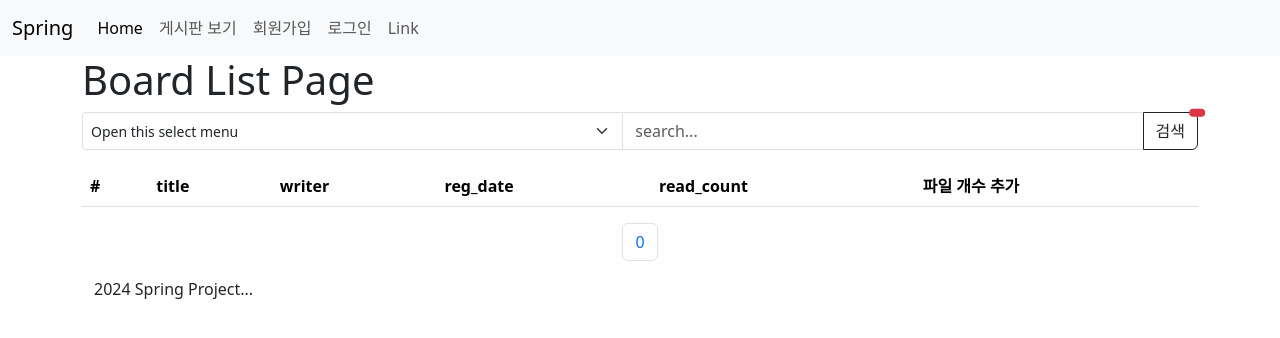
Repository: oco0217/springTest240430
Page: http://localhost/spring_study/WEB-INF/views/board/list.jsp
An editor plug-in stored every save of this project. The page is shown before and after the next save, followed by the edit.
The browser window is 1280 px wide. The pictures show the whole page.
The page is served by Tomcat 9. Nobody is signed in. The template is opened directly, without the code that normally fills it, so the values that code supplies are empty.

Above is the page before, as saved 2024-04-30 06:01:43.

### spring_study/src/main/webapp/WEB-INF/views/board/list.jsp
<%@ page language="java" contentType="text/html; charset=UTF-8"
	pageEncoding="UTF-8"%>
<%@ taglib uri="http://java.sun.com/jsp/jstl/core" prefix="c"%>

<jsp:include page="../layout/header.jsp" />

<div class="container-md">

	<h1>Board List Page</h1>

	<!-- 검색라인 -->
	<form class="d-flex" action="/board/list" method="get">
		<div class="input-group mb-3">
			<select name="type" class="form-select form-select-sm"
				aria-label="Small select example">
				<option ${ph.pgvo.type == null ? 'selected' : '' } selected >Open this select menu</option>
				<option ${ph.pgvo.type eq 't' ? 'selected' : '' } value="t">게시글</option>
				<option ${ph.pgvo.type eq 'w' ? 'selected' : '' } value="w">작성자</option>
				<option ${ph.pgvo.type eq 'c' ? 'selected' : '' } value="c">내용</option>
				<option ${ph.pgvo.type eq 'tc' ? 'selected' : '' } value="tc">제목+내용</option>
				<option ${ph.pgvo.type eq 'wc' ? 'selected' : '' } value="wc">작성자+내용</option>
				<option ${ph.pgvo.type eq 'tw' ? 'selected' : '' } value="tw">제목+작성자</option>
				<option ${ph.pgvo.type eq 'twc' ? 'selected' : '' } value="twc">전체</option>
			</select>
			<input name="keyword" type="text" class="form-control"aria-label="Text input with dropdown button" placeholder="search..." value="${ph.pgvo.keyword}">
				<input type="hidden" name="pageNo" value="1" >
				<input type="hidden" name="qty" value="10">
			<button type="submit" class="btn btn-outline-dark position-relative">
				검색 <span
					class="position-absolute top-0 start-100 translate-middle badge rounded-pill bg-danger">
					${ph.totalCount } <span class="visually-hidden">unread messages</span>
				</span>
			</button>
		</div>
	</form>


	<table class="table table-hover">
		<thead>
			<tr>
				<th>#</th>
				<th>title</th>
				<th>writer</th>
				<th>reg_date</th>
				<th>read_count</th>
				<th>파일 개수 추가</th>
			</tr>
		</thead>

		<tbody>
			<c:forEach items="${list }" var="li">
				<tr>
					<td>${li.bno }</td>
					<td>
					<a href="/board/detail?bno=${li.bno }">${li.title }
					<c:if test="${li. cmt_qty ne 0}">
					<strong style="color: red;">[${li.cmt_qty }]</strong>
					</c:if>
					</a></td>
					<td>${li.writer }</td>
					<td>${li.reg_date }</td>
					<td>${li.read_count }</td>
					<td>
					<span class="badge text-bg-info">${li.has_file } Image Upload</span>
					</td>
				</tr>
			</c:forEach>
		</tbody>
	</table>


	<!-- 페이지네이션 -->

	<nav aria-label="Page navigation example">
		<ul class="pagination justify-content-center">

		<c:if test="${ph.prev }">
			<li class="page-item"><a class="page-link" href="/board/list?pageNo=${ph.startPage-1 }&qty=${ph.pgvo.qty}&type=${ph.pgvo.type}&keyword=${ph.pgvo.keyword}"
				aria-label="Previous"> <span aria-hidden="true">&laquo;</span></a></li>
		</c:if>


				<c:forEach begin="${ph.startPage }" end="${ph.endPage }" var="i">
			<li class="page-item"><a class="page-link" href="/board/list?pageNo=${i }&qty=${ph.pgvo.qty}&type=${ph.pgvo.type}&keyword=${ph.pgvo.keyword}"> ${i } </a></li>
				</c:forEach>

				<c:if test="${ph.next }">
			<li class="page-item"><a class="page-link" href="/board/list?pageNo=${ph.endPage+1 }&qty=${ph.pgvo.qty}&type=${ph.pgvo.type}&keyword=${ph.pgvo.keyword}"
				aria-label="Next"> <span aria-hidden="true">&raquo;</span>
			</a></li>
				</c:if>
		</ul>
	</nav>


	<jsp:include page="../layout/footer.jsp" />
</div>

### spring_study/src/main/webapp/WEB-INF/views/layout/header.jsp
<%@ page language="java" contentType="text/html; charset=UTF-8"
    pageEncoding="UTF-8"%>
    <%@ taglib uri="http://java.sun.com/jsp/jstl/core" prefix="c" %>
<!DOCTYPE html>
<html>
<head>
<meta charset="UTF-8">
<title>header.jsp</title>
<link href="https://cdn.jsdelivr.net/npm/bootstrap@5.3.3/dist/css/bootstrap.min.css" rel="stylesheet" integrity="sha384-QWTKZyjpPEjISv5WaRU9OFeRpok6YctnYmDr5pNlyT2bRjXh0JMhjY6hW+ALEwIH" crossorigin="anonymous">
<script src="https://cdn.jsdelivr.net/npm/bootstrap@5.3.3/dist/js/bootstrap.bundle.min.js" integrity="sha384-YvpcrYf0tY3lHB60NNkmXc5s9fDVZLESaAA55NDzOxhy9GkcIdslK1eN7N6jIeHz" crossorigin="anonymous"></script>
</head>
<body>
<nav class="navbar navbar-expand-lg bg-body-tertiary">
  <div class="container-fluid">
    <a class="navbar-brand" href="#">Spring</a>
    <button class="navbar-toggler" type="button" data-bs-toggle="collapse" data-bs-target="#navbarSupportedContent" aria-controls="navbarSupportedContent" aria-expanded="false" aria-label="Toggle navigation">
      <span class="navbar-toggler-icon"></span>
    </button>
    <div class="collapse navbar-collapse" id="navbarSupportedContent">
      <ul class="navbar-nav me-auto mb-2 mb-lg-0">
        <li class="nav-item">
          <a class="nav-link active" aria-current="page" href="/">Home</a>
        </li>
        <c:if test="${ses ne null }">
        <li class="nav-item">
          <a class="nav-link" href="/board/register">게시판 글쓰기</a>
        </li>
        </c:if>
        <li class="nav-item">
          <a class="nav-link" href="/board/list">게시판 보기</a>
        </li>
        <c:if test="${ses eq null }">
        <li class="nav-item">
          <a class="nav-link" href="/member/register">회원가입</a>
        </li>
        <li class="nav-item">
          <a class="nav-link" href="/member/login">로그인</a>
        </li>
        </c:if>
        <c:if test="${ses ne null }">
        <li class="nav-item">
          <a class="nav-link" href="/member/logout">로그아웃</a>
        </li>
        <li class="nav-item">
          <a class="nav-link" href="/member/modify">${ses.id }(${ses.email }) Welcome!!</a>
        </li>
        </c:if>
        <li class="nav-item">
          <a class="nav-link" href="http://www.google.com" target="_blank" >Link</a>
        </li>
      </ul>
    </div>
  </div>
</nav>

### spring_study/src/main/webapp/WEB-INF/views/layout/footer.jsp
<%@ page language="java" contentType="text/html; charset=UTF-8"
    pageEncoding="UTF-8"%>

<div class="container-md">
2024 Spring Project...
</div>

</body>
</html>

After the next save:
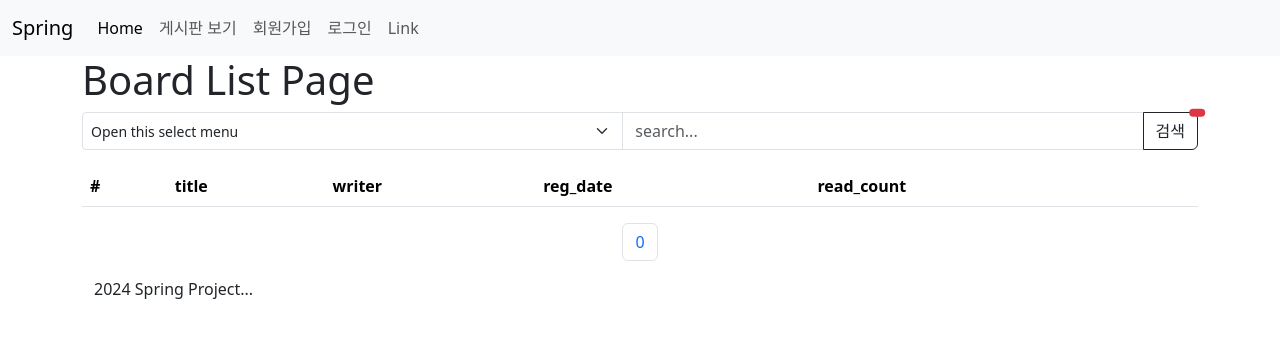
Saved 4 min 2 s later.
--- a/spring_study/src/main/webapp/WEB-INF/views/board/list.jsp
+++ b/spring_study/src/main/webapp/WEB-INF/views/board/list.jsp
@@ -43,7 +43,7 @@
 				<th>writer</th>
 				<th>reg_date</th>
 				<th>read_count</th>
-				<th>파일 개수 추가</th>
+				<th></th>
 			</tr>
 		</thead>
 
